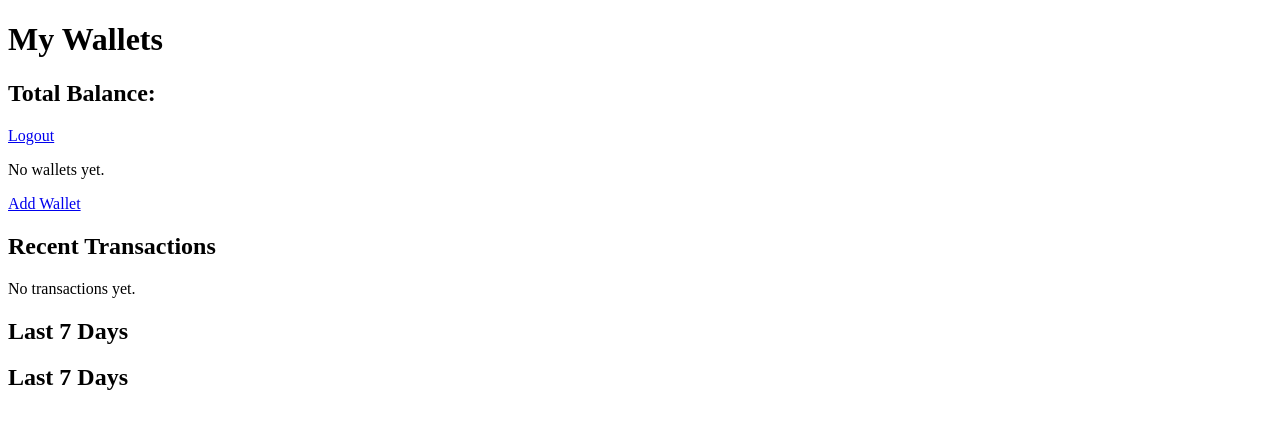
Repository: adtm0/Fined
Page: tracker/templates/tracker/dashboard.html
These files come from the project's save history. The page is drawn as it stood at one moment and after a run of saves; the edit follows.
The browser window is 1280 px wide. The pictures show the whole page.
The template is drawn by Django 4.2. The application's start-up code is not run. The template is opened directly, without the code that normally fills it, so the values that code supplies are empty.

Above is the page before, as saved 2026-04-28 19:38:10.

After the next 3 saves:
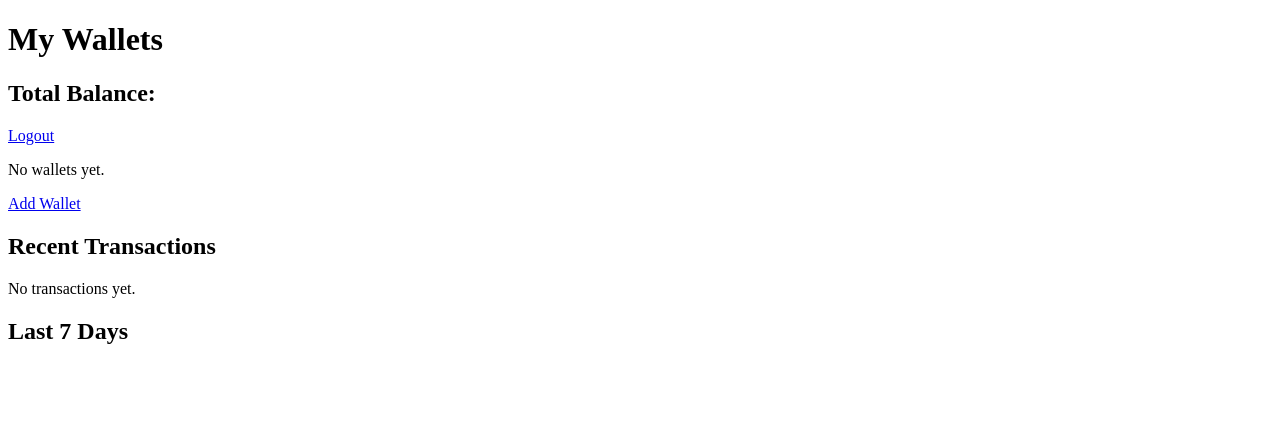
The 3 saves are shown as one change because they came seconds apart.
The last was saved 11 s later.
--- a/tracker/templates/tracker/dashboard.html
+++ b/tracker/templates/tracker/dashboard.html
@@ -32,6 +32,6 @@
       {% endif %}
 
     <h2>Last 7 Days</h2>
-    <h2>Last 7 Days</h2>
+    <canvas id="chart">Last 7 Days</h2>
   </body>
 </html>
